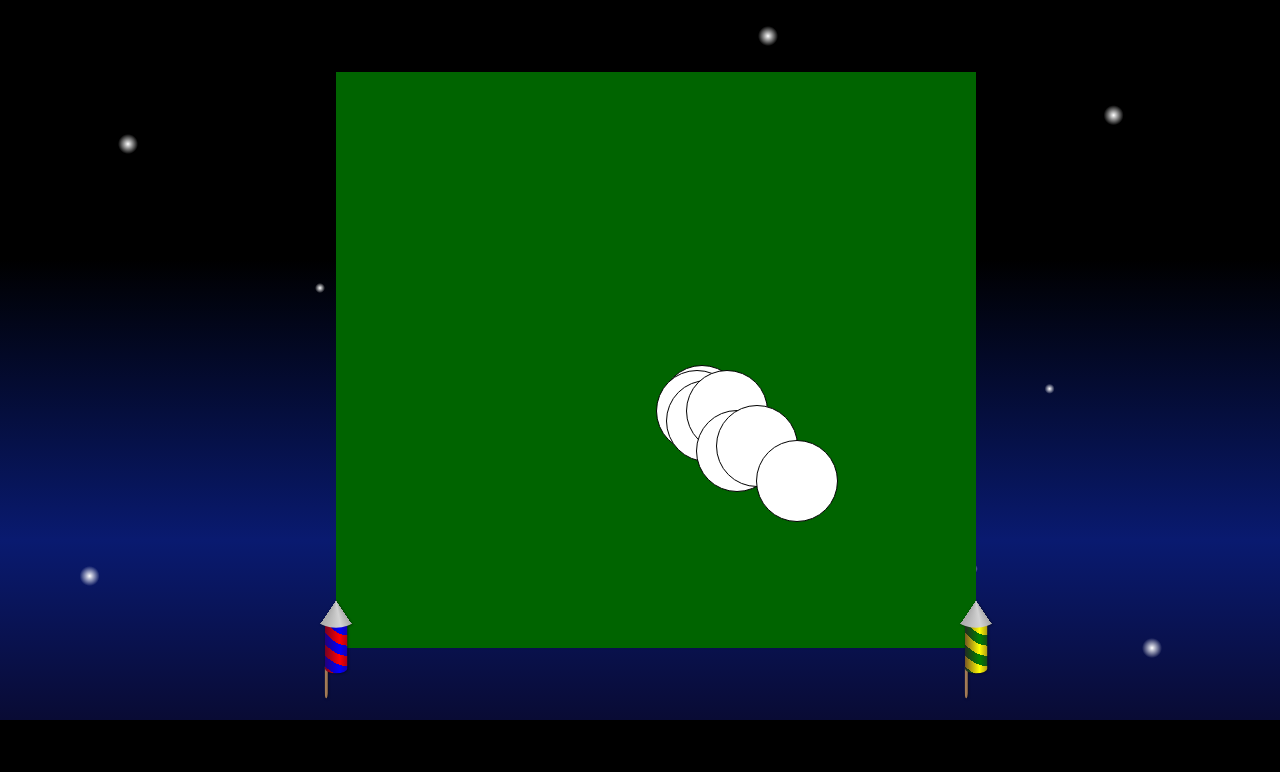
Repository: juliandecloe/CSS-To-The-Rescue---Julian-de-Cloe
Page: index.html
An editor plug-in stored every save of this project. The page is shown before and after the next save, followed by the edit.
The browser window is 1280 px wide. The pictures show the whole page.

Above is the page before, as saved 2022-03-10 17:19:24.

After the next save:
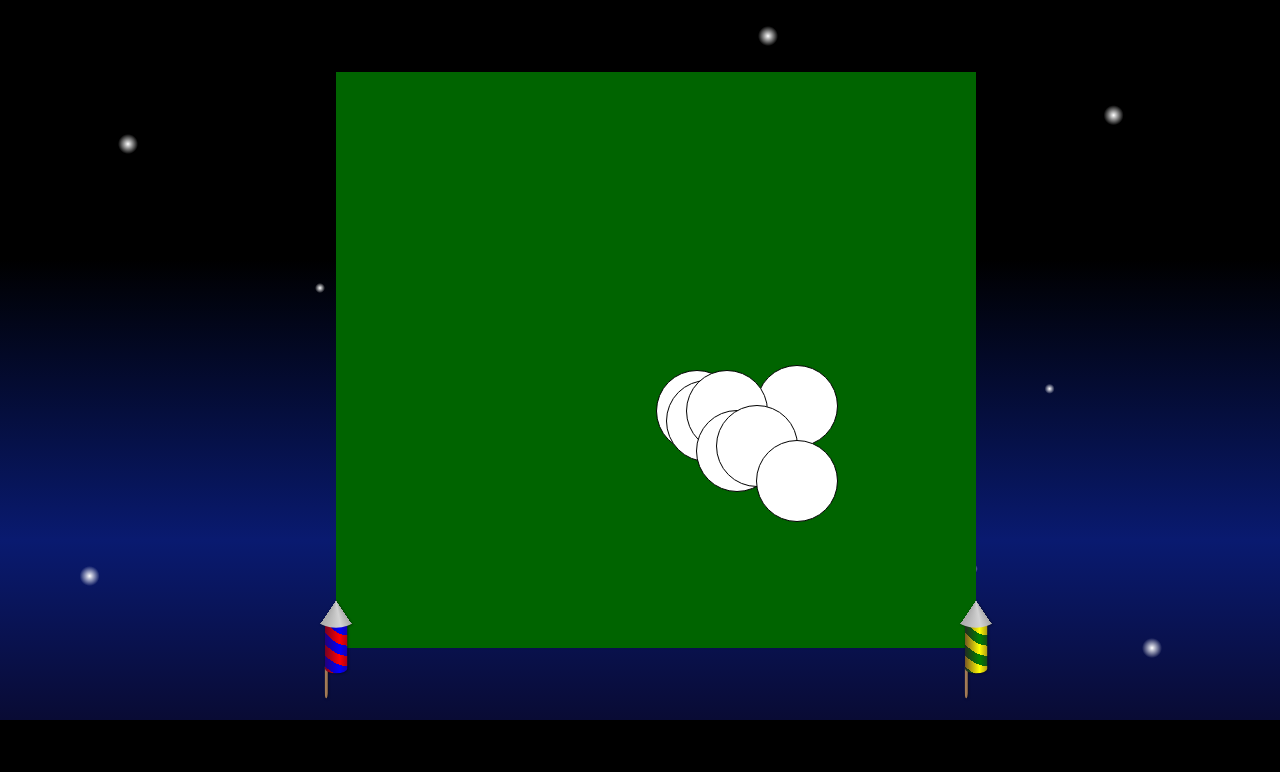
Saved 8 s later.
--- a/style.css
+++ b/style.css
@@ -600,7 +600,7 @@ article li {
 
 article li:first-child {
 	top: 5px;
-	left: 5px;
+	left: 100px;
 }
 
 article li:nth-child(2) {
